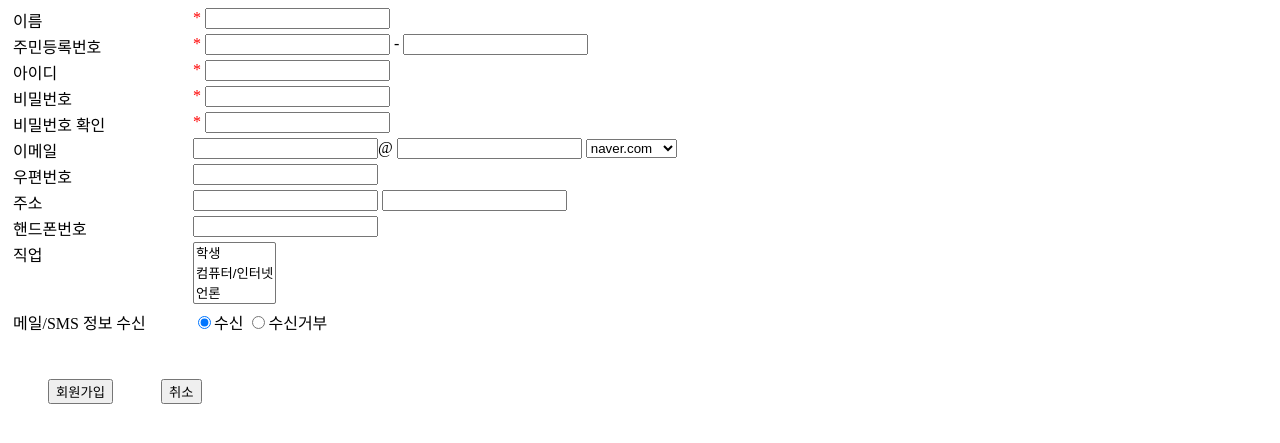
Repository: BartsimisraB/JavaPractice_
Page: http://localhost/JSPpractice2/Join.jsp
The author's editor kept a copy of each file at every save. The page is drawn from the files as they stood at one save, then again after the next save.
The browser window is 1280 px wide. The pictures show the whole page.
The page is served by Tomcat 9.

Above is the page before, as saved 2023-01-12 06:17:15.

After the next save:
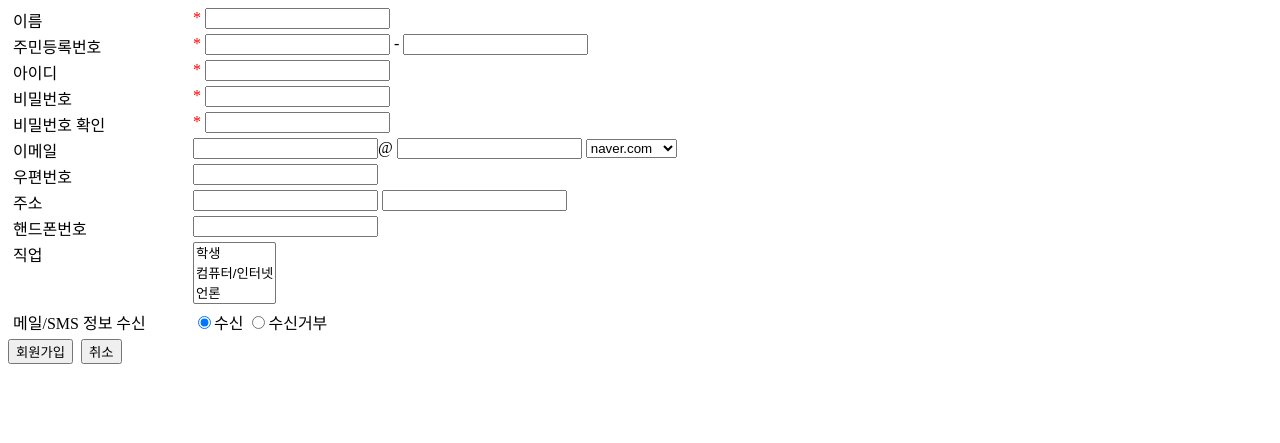
Saved 5 min 46 s later.
--- a/JSPpractice2/src/main/webapp/Join.css
+++ b/JSPpractice2/src/main/webapp/Join.css
@@ -15,6 +15,6 @@ form > div >span{
 .topic, .topic > input{
     float: left;
 }
-#confirm {
-    margin: 40px;
+input[type=button]{
+	margin = 50px;
 }
